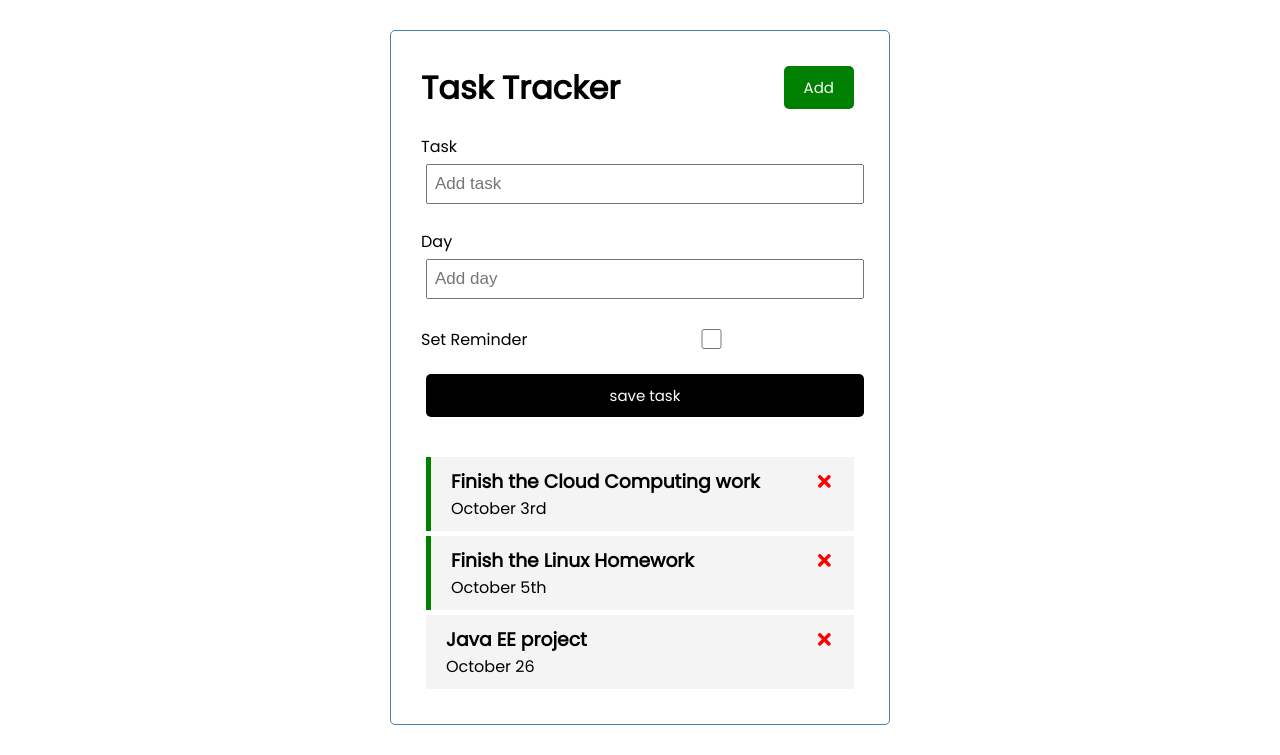
Repository: ds-mbappe/react-task-tracker
Page: /
The author's editor kept a copy of each file at every save. The page is drawn from the files as they stood at one save, then again after the next save.
The browser window is 1280 px wide. The pictures show the whole page.
The project was rebuilt for these pictures with package versions that can differ from the ones it lists, and the page was loaded fresh each time.

Above is the page before, as saved 2021-10-02 13:41:30.

### src/App.js
import { useState } from "react";
import Header from "./components/Header";
import Tasks from "./components/Tasks";
import AddTask from "./components/AddTask";

const App = () => {
  const [showAddTask, setShowAddTask] = useState(true)
  const [tasks, setTasks] = useState(
    [
      {
        id: 1,
        text: "Finish the Cloud Computing work",
        day: "October 3rd",
        reminder: true,
      },
      {
        id: 2,
        text: "Finish the Linux Homework",
        day: "October 5th",
        reminder: true,
      },
      {
        id: 3,
        text: "Java EE project",
        day: "October 26",
        reminder: false,
      }
    ]
  )

  // Add a new task
  const addTask = (task) => {
    const id = Math.floor(Math.random() * 10000) + 1
    const newTask = { id, ...task }
    setTasks([...tasks, newTask])
  }

  // Delete Task
  const deleteTask = (id) => {
    setTasks(tasks.filter((task) => task.id !== id))
  }

  // Toogle reminder
  const toggleReminder = (id) => {
    setTasks(tasks.map((task) => task.id === id ? { ...task, reminder: !task.reminder } : task))
  }

  return (
    <div className="container">
      <Header onAdd={() => setShowAddTask(!showAddTask)} showAdd={showAddTask} />
      {showAddTask && <AddTask onAdd={addTask} />}
      {tasks.length > 0 ? (<Tasks tasks={tasks} onDelete={deleteTask} onToggle={toggleReminder} />) : ("No tasks to show...")}
    </div>
  );
}

export default App;

### src/components/Header.js
import PropTypes from "prop-types"
import Button from "./Button"

const Header = ({ title, onAdd, showAdd }) => {
    return (
        <header className="header">
            <h1>{title}</h1>
            <Button color="green" text='Add' onClick={onAdd} />
        </header>
    )
}

Header.defaultProps = {
    title: "Task Tracker",
}

Header.propTypes = {
    title: PropTypes.string.isRequired,
}

export default Header

### src/components/Tasks.js
import Task from "./Task"

const Tasks = ({ tasks, onDelete, onToggle }) => {
    return (
        <>
            {tasks.map((task) => (<Task key={task.id} task={task} onDelete={onDelete} onToggle={onToggle}/>))}
        </>
    )
}

export default Tasks

### src/components/AddTask.js
import { useState } from "react"

const AddTask = ({ onAdd }) => {

    const [text, setText] = useState('')
    const [day, setDay] = useState('')
    const [reminder, setReminder] = useState(false)

    const onSubmit = (e) => {
        e.preventDefault()
        if (!text) {
            alert('Please add a task!')
            return
        }

        onAdd({ text, day, reminder })

        setText('')
        setDay('')
        setReminder(false)
}

    return (
        <form className="add-form" onSubmit={onSubmit}>
            <div className="form-control">
                <label>Task</label>
                <input type="text" placeholder="Add task" value={text} onChange={(e) => setText(e.target.value)}/>
            </div>
            <div className="form-control">
                <label>Day</label>
                <input type="text" placeholder="Add day" value={day} onChange={(e) => setDay(e.target.value)}/>
            </div>
            <div className="form-control form-control-check">
                <label>Set Reminder</label>
                <input type="checkbox" checked={reminder} value={reminder} onChange={(e) => setReminder(e.currentTarget.checked)}/>
            </div>

            <input type="submit" value="save task" className="btn btn-block" />
        </form>
    )
}

export default AddTask

### src/components/Button.js
import PropTypes from "prop-types"

const Button = ({ color, text, onClick }) => {
    return (
        <button onClick={onClick} className="btn" style={{backgroundColor: color}}>{text}</button>
    )
}

Button.defaultProps = {
    color: "steelblue",
}

Button.propTypes = {
    text: PropTypes.string,
    color: PropTypes.string,
}

export default Button

### src/components/Task.js
import { FaTimes } from "react-icons/fa"

const Task = ({ task, onDelete, onToggle }) => {
    return (
        <div className={`task ${task.reminder ? "reminder" : ""}`} onDoubleClick={() => onToggle(task.id)}>
            <h3>{task.text} <FaTimes style={{ color: "red", cursor: "pointer" }} onClick={() => onDelete(task.id)}/> </h3>
            <p>{task.day}</p>
        </div>
    )
}

export default Task

Loaded but not shown: public/index.html (common file); src/index.js (common file); src/index.css (common file); src/reportWebVitals.js (common file)

After the next save:
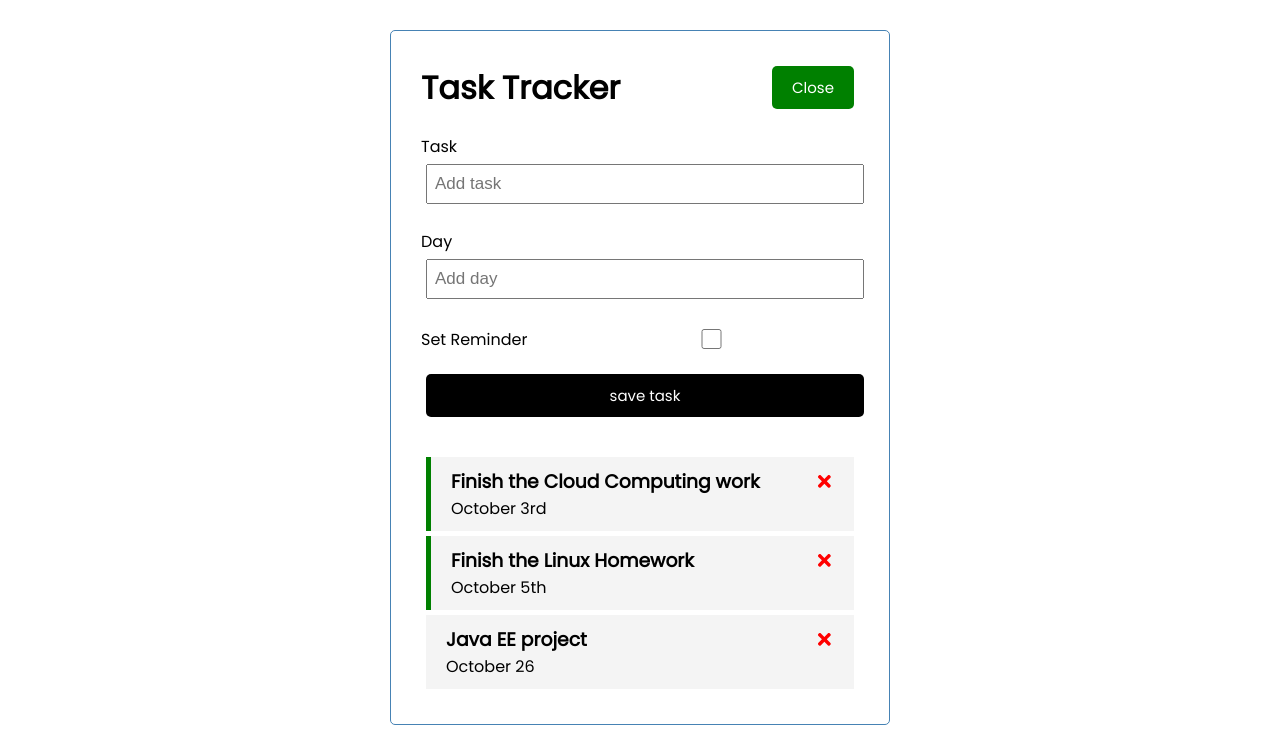
Saved 38 s later.
--- a/src/components/Header.js
+++ b/src/components/Header.js
@@ -5,7 +5,7 @@ const Header = ({ title, onAdd, showAdd }) => {
     return (
         <header className="header">
             <h1>{title}</h1>
-            <Button color="green" text='Add' onClick={onAdd} />
+            <Button color="green" text={showAdd ? 'Close' : 'Add'} onClick={onAdd} />
         </header>
     )
 }
